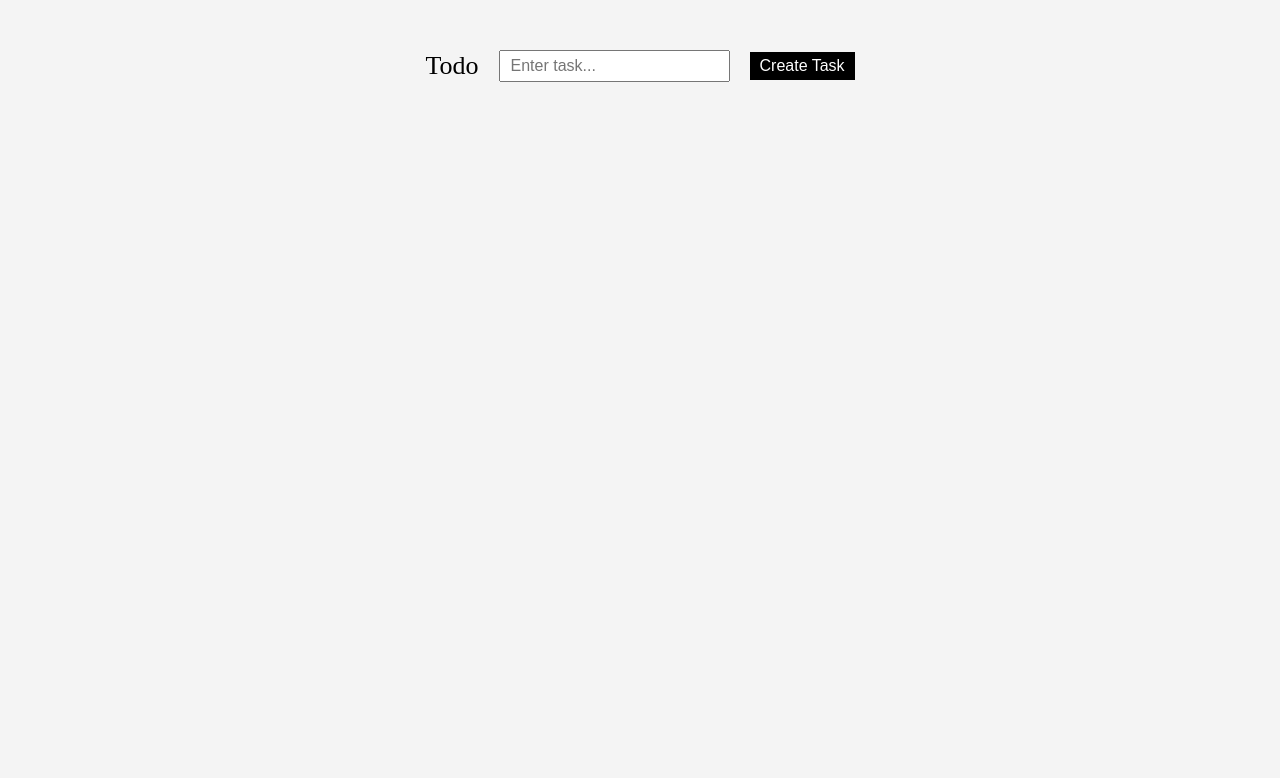
Repository: pawvan/todo_app
Page: markup/tod.html
These files come from the project's save history. The page is drawn as it stood at one moment and after the next save; the edit follows.
The browser window is 1280 px wide. The pictures show the whole page.

Above is the page before, as saved 2025-01-11 22:37:03.

### markup/tod.html
<!DOCTYPE html>
<html lang="en">
<head>
    <meta charset="UTF-8">
    <meta name="viewport" content="width=device-width, initial-scale=1.0">
    <title>Todo App</title>
    <script src="../interactivity/todo.js"></script>
    <link href="../styles/todo.css" rel="stylesheet"/>
</head>
<body>
    <div class="todo-container">
        <div class="todo-upper" >
            <div class="todo-header"> Todo </div>
<input type="text" id="todo-input" placeholder="Enter task...">
<button onclick="addTask()" id="add-button">Create Task</button>
        </div>



        <ul id="task-list">
        </ul>
    </div>
</body>
</html>

### interactivity/todo.js
document.addEventListener("DOMContentLoaded", loadTasks);

function addTask() {
  const taskInput = document.getElementById("todo-input");
  const taskText = taskInput.value.trim();
  const alertElement = document.querySelector(".alert");
  const taskList = document.getElementById("task-list");
  if (taskText !== "") {
    const newTask = {
      id: Date.now(),
      text: taskText,
      createAt: new Date().toISOString(),
      isCompleted: false
    };
    const li = document.createElement("li");
    li.textContent = newTask.text;
    const completeButton = createCompleteButton(li, newTask);
    const deleteButton = createDeleteButton(li, newTask);
    li.appendChild(completeButton);
    li.appendChild(deleteButton);
    taskList.appendChild(li);
    taskInput.value = "";
    saveTaskToLocalStorage(newTask);
  } else {
    alertElement ? "" : alertThing();
  }
}

function alertThing() {
  const todoContainer = document.getElementsByClassName("todo-container")[0];
  const createDiv = document.createElement("div");
  createDiv.textContent = "Please enter the task";
  todoContainer.appendChild(createDiv);
  createDiv.classList.add("alert");
}

function createDeleteButton(listElement, task) {
  const removeLi = () => {
    removeTaskFromLocalStorage(task.id);
    listElement.remove();
  };

  return createButton("Delete", ["delete-btn"], removeLi);
}

function createCompleteButton(listElement, task) {
  const completeCallBack = () => {
    task.isCompleted = !task.isCompleted;
    if (!task.isCompleted) {
      listElement.classList.remove("completed");
      completeButton.textContent = "Complete";
      listElement.style.textDecoration = "none";
    } else {
      listElement.classList.add("completed");
      completeButton.textContent = "Uncomplete";
      listElement.style.textDecoration = "line-through";
    }
  };

  const completeButton = createButton("Complete", ['complete-btn'], completeCallBack);
  return completeButton;
}

function createButton(label, classNames, onclickMethod ,type){
  const button = document.createElement("button");
  button.textContent = label;
  button.classList.add(...classNames);
  button.onclick = () => {
    onclickMethod();
  };
  return button;
}

function loadTasks() {
  const tasks = getTasksFromLocalStorage();
  const taskList = document.getElementById("task-list");

  tasks.forEach((task) => {
    const li = document.createElement("li");
    li.textContent = task.text;

    const completeButton = createCompleteButton(li, task);
    const deleteButton = createDeleteButton(li, task);

    li.appendChild(completeButton);
    li.appendChild(deleteButton);
    taskList.appendChild(li);
  });
}

function saveTaskToLocalStorage(task) {
  const tasks = getTasksFromLocalStorage();
  tasks.push(task);
  localStorage.setItem("tasks", JSON.stringify(tasks));
}

function getTasksFromLocalStorage() {
  const tasks = localStorage.getItem("tasks");
  return tasks ? JSON.parse(tasks) : [];
}

function removeTaskFromLocalStorage(taskId) {
  const tasks = getTasksFromLocalStorage();
  const updatedTasks = tasks.filter((task) => task.id !== taskId);
  localStorage.setItem("tasks", JSON.stringify(updatedTasks));
}

### styles/todo.css
body {
    margin-top: 50px;
    height: 100vh;
    background-color: #f4f4f4;
    display: flex;
    justify-content: center;

 background-color:
}

.todo-upper {
    display: flex;
    flex-direction: horizontal;
    align-items: center;
    gap: 20px;
}


.todo-header
{
    font-size: 26px;
    font-weight: 400;
}

#todo-input {
    padding: 5px 10px;
    font-size: 16px;
}

#add-button {
    padding: 5px 10px;
    font-size: 16px;
    background-color:#000000;
    color: white;
    border: none;
    cursor: pointer;
}
#task-list {
    list-style-type: none;
    padding: 0;
}

After the next save:
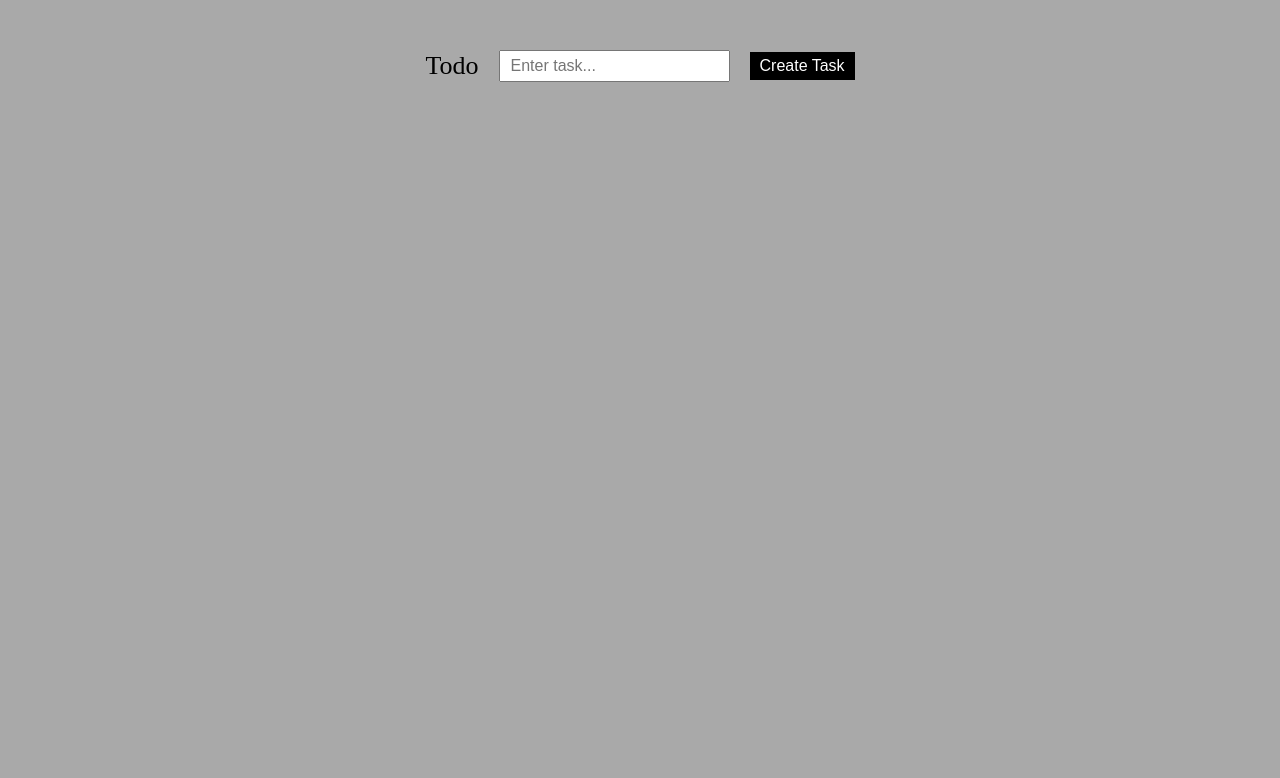
Saved 13 s later.
--- a/styles/todo.css
+++ b/styles/todo.css
@@ -5,7 +5,7 @@
     display: flex;
     justify-content: center;
 
- background-color:
+ background-color:darkgrey
 }
 
 .todo-upper {

After the save that followed:
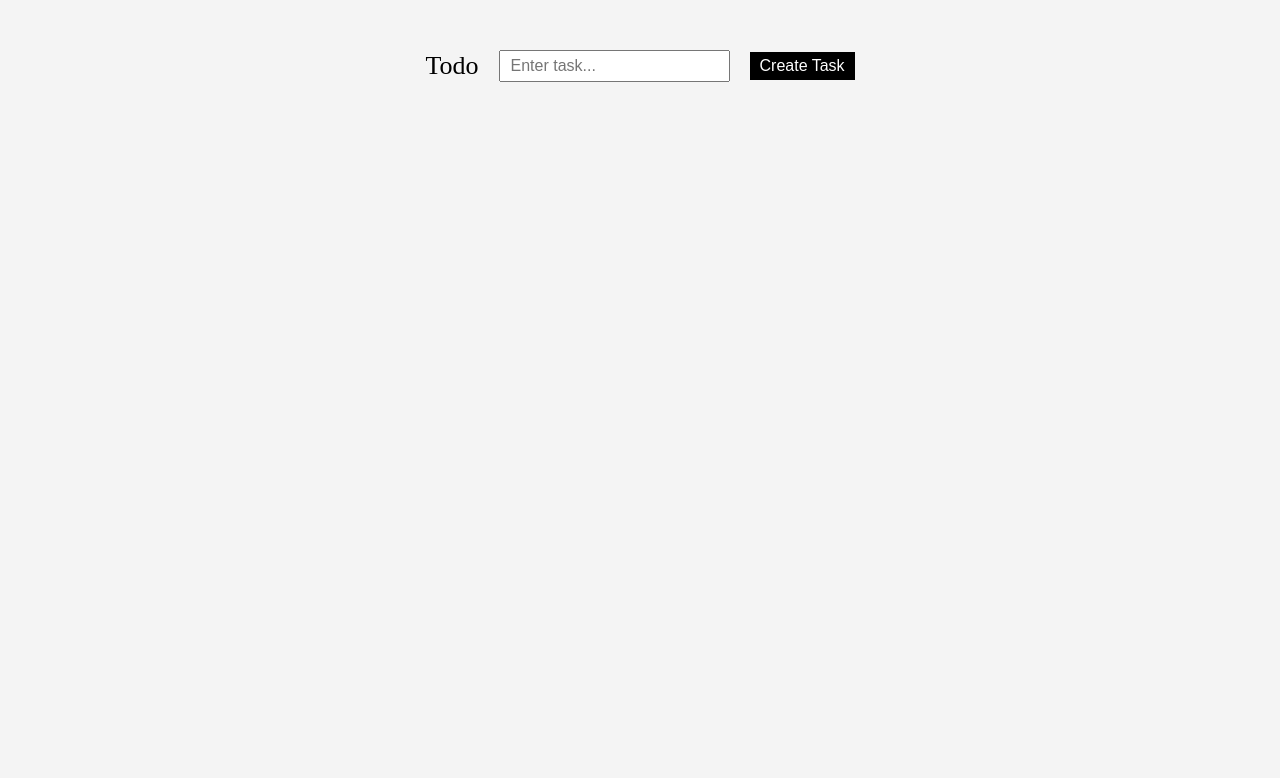
Saved 11 s later.
--- a/styles/todo.css
+++ b/styles/todo.css
@@ -5,8 +5,7 @@
     display: flex;
     justify-content: center;
 
- background-color:darkgrey
-}
+ background-color:}
 
 .todo-upper {
     display: flex;
